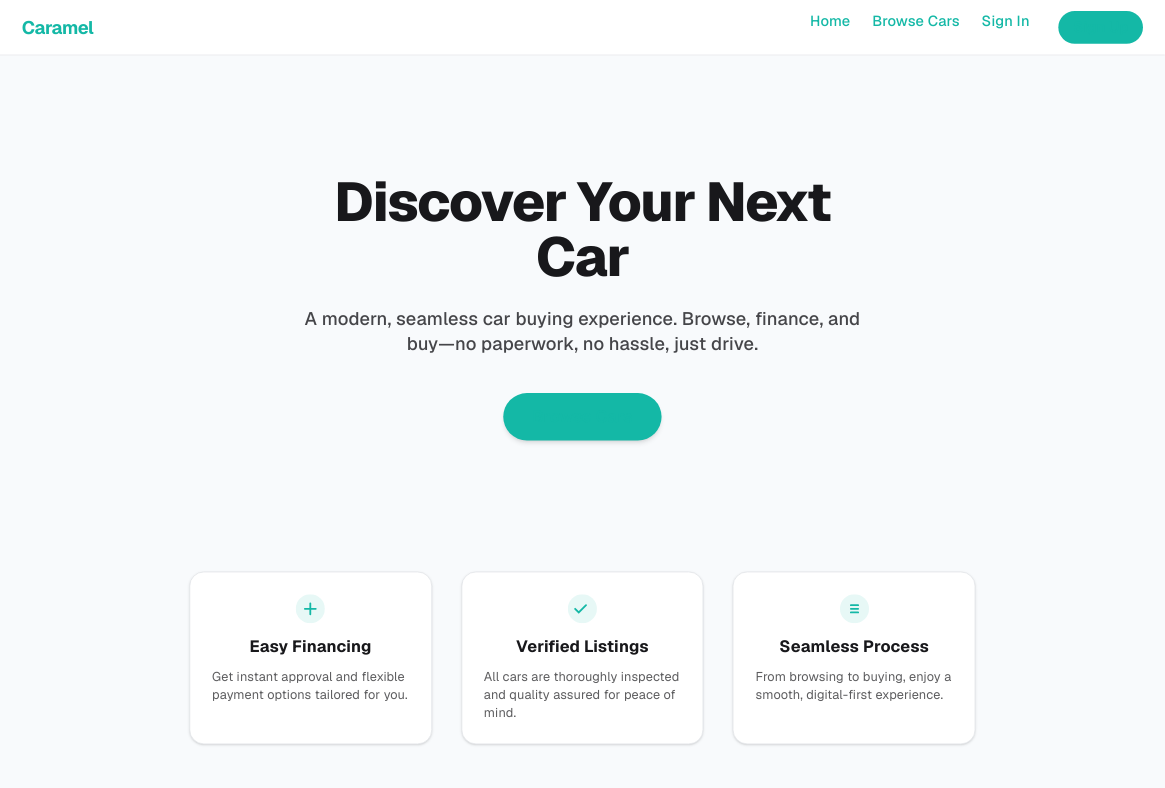
Repository: virat07/sellyourcar
Page: /
The author's editor kept a copy of each file at every save. The page is drawn from the files as they stood at one save, then again after the next save.
The browser window is 1280 px wide. The pictures show the whole page, at 91% of full size.
The project was rebuilt for these pictures with package versions that can differ from the ones it lists, and the page was loaded fresh each time. The framework's server and built-in components were replaced by stand-ins that run in the browser. Also part of the build but not shown: next.config.ts.

Above is the page before, as saved 2025-07-18 15:11:02.

After the next save:
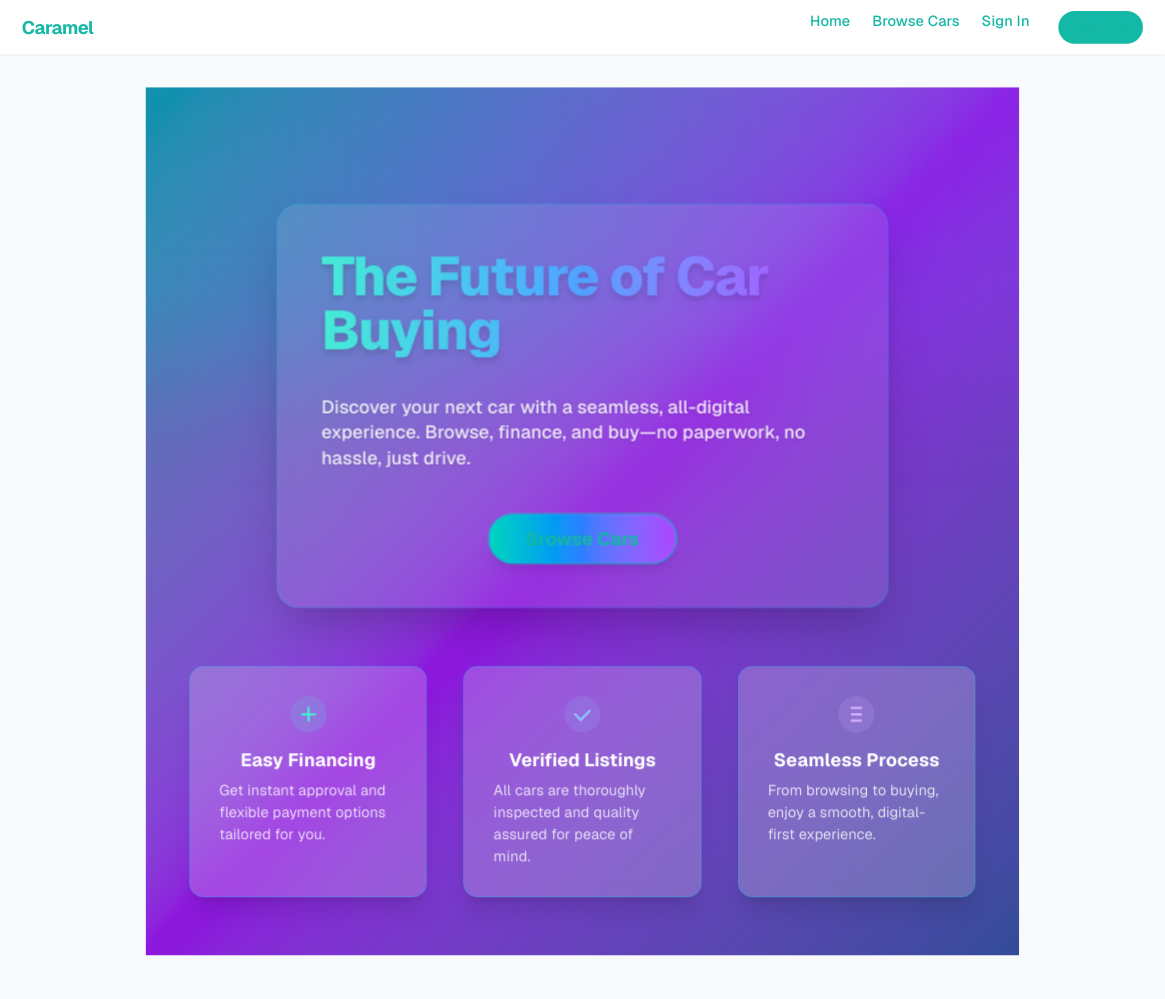
Saved 76 s later.
--- a/src/app/page.tsx
+++ b/src/app/page.tsx
@@ -2,36 +2,39 @@ import Link from "next/link";
 
 export default function Home() {
   return (
-    <main className="flex flex-col items-center justify-center min-h-[80vh]">
-      <section className="w-full max-w-2xl mx-auto text-center py-24 px-4">
-        <h1 className="text-5xl sm:text-6xl font-extrabold tracking-tight mb-6 text-[var(--foreground)]">
-          Discover Your Next Car
+    <main className="relative flex flex-col items-center justify-center min-h-[90vh] pt-32 pb-16 px-4 overflow-hidden">
+      {/* Animated gradient background */}
+      <div className="absolute inset-0 -z-10 bg-gradient-to-br from-cyan-700 via-purple-700 to-blue-900 animate-gradient-move opacity-90" />
+      <div className="absolute -top-32 left-1/2 -translate-x-1/2 w-[120vw] h-[60vh] bg-gradient-to-r from-teal-400/30 via-blue-500/20 to-purple-600/30 rounded-full blur-3xl animate-pulse-slow" />
+      <section className="relative z-10 max-w-2xl w-full mx-auto bg-white/10 backdrop-blur-lg rounded-3xl shadow-2xl border border-cyan-400/30 p-12 flex flex-col items-center gap-8">
+        <h1 className="text-5xl sm:text-6xl font-extrabold tracking-tight text-transparent bg-clip-text bg-gradient-to-r from-teal-300 via-blue-400 to-purple-500 animate-gradient-x mb-2 drop-shadow-lg">
+          The Future of Car Buying
         </h1>
-        <p className="text-lg sm:text-xl text-[var(--foreground)]/80 font-medium mb-10">
-          A modern, seamless car buying experience. Browse, finance, and buy—no paperwork, no hassle, just drive.
+        <p className="text-lg sm:text-xl text-white/90 font-medium mb-4 drop-shadow">
+          Discover your next car with a seamless, all-digital experience. Browse, finance, and buy—no paperwork, no hassle, just drive.
         </p>
         <Link
           href="/cars"
-          className="inline-block px-8 py-3 bg-[var(--accent)] text-white text-lg font-semibold rounded-full shadow-md hover:bg-opacity-90 transition"
+          className="inline-block px-10 py-3 bg-gradient-to-r from-teal-400 via-blue-500 to-purple-500 text-white text-xl font-bold rounded-full shadow-lg hover:from-blue-500 hover:to-teal-400 transition-all border border-cyan-400/40 ring-2 ring-teal-400/30 animate-glow"
         >
           Browse Cars
         </Link>
       </section>
-      <section className="w-full max-w-4xl mx-auto grid grid-cols-1 sm:grid-cols-3 gap-8 mt-12 px-4">
-        <div className="bg-white dark:bg-[#23272f] border border-[var(--border)] rounded-2xl p-6 shadow-sm flex flex-col items-center">
-          <svg width="32" height="32" fill="none" className="mb-3 text-[var(--accent)]"><circle cx="16" cy="16" r="16" fill="currentColor" fillOpacity="0.1"/><path d="M10 16h12M16 10v12" stroke="currentColor" strokeWidth="2" strokeLinecap="round"/></svg>
-          <h3 className="font-bold text-lg mb-2">Easy Financing</h3>
-          <p className="text-sm text-[var(--foreground)]/70">Get instant approval and flexible payment options tailored for you.</p>
+      <section className="relative z-10 w-full max-w-4xl mx-auto grid grid-cols-1 sm:grid-cols-3 gap-10 mt-16 px-4">
+        <div className="bg-white/20 backdrop-blur-lg border border-cyan-400/30 rounded-2xl p-8 shadow-xl flex flex-col items-center hover:scale-105 transition-transform">
+          <svg width="40" height="40" fill="none" className="mb-4 text-teal-300"><circle cx="20" cy="20" r="20" fill="currentColor" fillOpacity="0.15"/><path d="M13 20h14M20 13v14" stroke="currentColor" strokeWidth="2.5" strokeLinecap="round"/></svg>
+          <h3 className="font-bold text-xl mb-2 text-white">Easy Financing</h3>
+          <p className="text-base text-white/80">Get instant approval and flexible payment options tailored for you.</p>
         </div>
-        <div className="bg-white dark:bg-[#23272f] border border-[var(--border)] rounded-2xl p-6 shadow-sm flex flex-col items-center">
-          <svg width="32" height="32" fill="none" className="mb-3 text-[var(--accent)]"><circle cx="16" cy="16" r="16" fill="currentColor" fillOpacity="0.1"/><path d="M8 16l4 4 8-8" stroke="currentColor" strokeWidth="2" strokeLinecap="round"/></svg>
-          <h3 className="font-bold text-lg mb-2">Verified Listings</h3>
-          <p className="text-sm text-[var(--foreground)]/70">All cars are thoroughly inspected and quality assured for peace of mind.</p>
+        <div className="bg-white/20 backdrop-blur-lg border border-cyan-400/30 rounded-2xl p-8 shadow-xl flex flex-col items-center hover:scale-105 transition-transform">
+          <svg width="40" height="40" fill="none" className="mb-4 text-blue-300"><circle cx="20" cy="20" r="20" fill="currentColor" fillOpacity="0.15"/><path d="M12 20l6 6 10-10" stroke="currentColor" strokeWidth="2.5" strokeLinecap="round"/></svg>
+          <h3 className="font-bold text-xl mb-2 text-white">Verified Listings</h3>
+          <p className="text-base text-white/80">All cars are thoroughly inspected and quality assured for peace of mind.</p>
         </div>
-        <div className="bg-white dark:bg-[#23272f] border border-[var(--border)] rounded-2xl p-6 shadow-sm flex flex-col items-center">
-          <svg width="32" height="32" fill="none" className="mb-3 text-[var(--accent)]"><circle cx="16" cy="16" r="16" fill="currentColor" fillOpacity="0.1"/><path d="M12 20h8M12 16h8M12 12h8" stroke="currentColor" strokeWidth="2" strokeLinecap="round"/></svg>
-          <h3 className="font-bold text-lg mb-2">Seamless Process</h3>
-          <p className="text-sm text-[var(--foreground)]/70">From browsing to buying, enjoy a smooth, digital-first experience.</p>
+        <div className="bg-white/20 backdrop-blur-lg border border-cyan-400/30 rounded-2xl p-8 shadow-xl flex flex-col items-center hover:scale-105 transition-transform">
+          <svg width="40" height="40" fill="none" className="mb-4 text-purple-300"><circle cx="20" cy="20" r="20" fill="currentColor" fillOpacity="0.15"/><path d="M15 27h10M15 20h10M15 13h10" stroke="currentColor" strokeWidth="2.5" strokeLinecap="round"/></svg>
+          <h3 className="font-bold text-xl mb-2 text-white">Seamless Process</h3>
+          <p className="text-base text-white/80">From browsing to buying, enjoy a smooth, digital-first experience.</p>
         </div>
       </section>
     </main>
